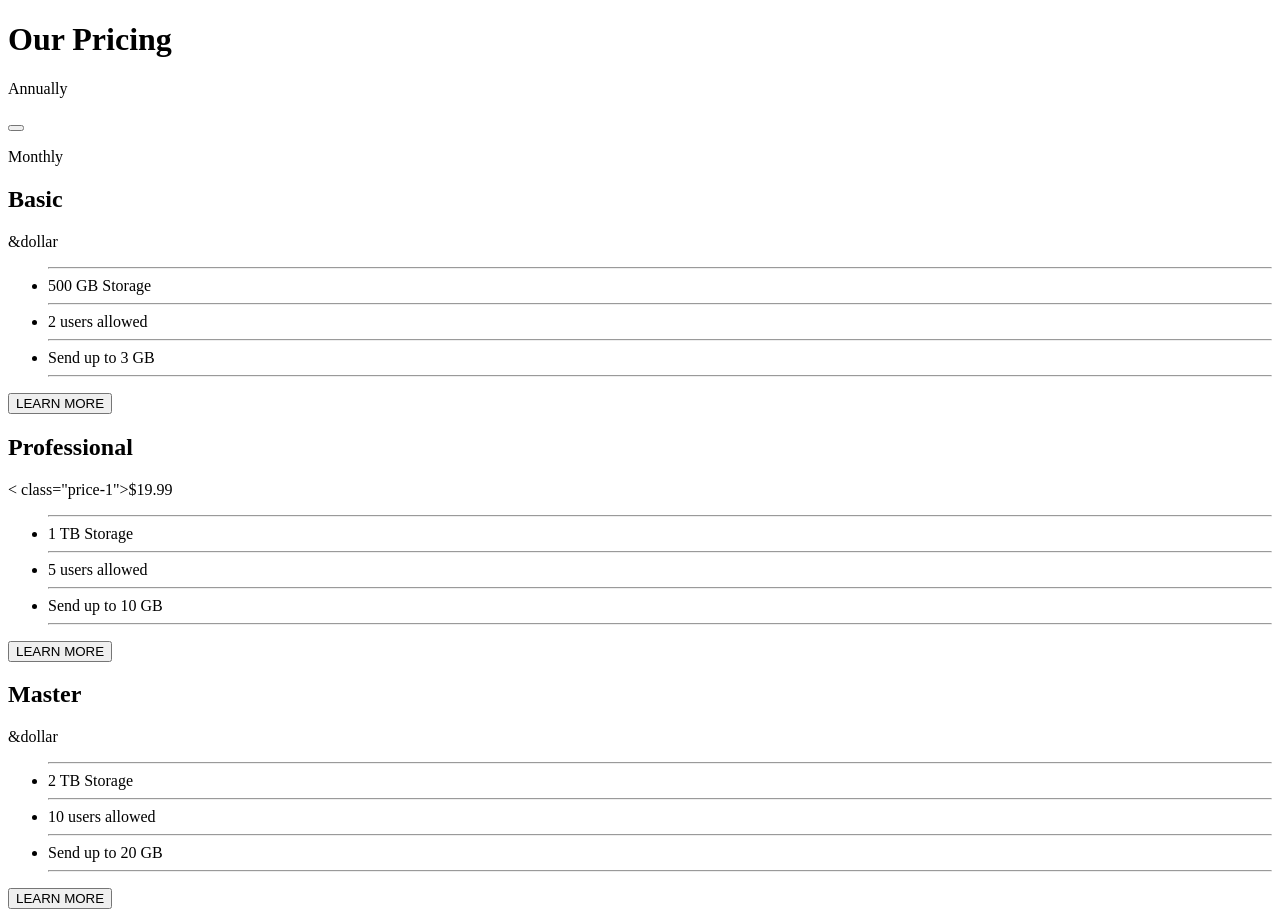
Repository: lah23500/Pricing-App
Page: Price landing page/index.html
The author's editor kept a copy of each file at every save. The page is drawn from the files as they stood at one save, then again after the next save.
The browser window is 1280 px wide. The pictures show the whole page.

Above is the page before, as saved 2024-01-19 14:30:55.

### Price landing page/index.html
<!DOCTYPE html>
<html lang="en">
  <head>
    <meta charset="UTF-8" />
    <meta name="viewport" content="width=device-width, initial-scale=1.0" />
    <title>Pricing Component with Toggle</title>
  </head>

  <body>
    <header>

      <h1>Our Pricing</h1>
      <nav>
        <p>Annually</p>
<button class="toggle-area monthly">
    <div class="toggle-btn"</div>
</button>
        <p>Monthly</p>
      </nav>
    </header>
    <main>
      <section class="pricing-container">
        <!-- Container 1 -->
          <article class="pricing container">
      <h2>Basic</h2>

      <p>&dollar</p>
      <ul>
        <hr />
        <li>500 GB Storage</li>
        <hr />
        <li>2 users allowed</li>
        <hr />
        <li>Send up to 3 GB</li>
        <hr />
      </ul>

      <button>LEARN MORE</button>
          </article>

      <!-- Container 2 -->
          <article class="pricing container">
      <h2>Professional</h2>

      < class="price-1"><span class="dollar-sign">&dollar;</span>19.99</p>
      <ul>
        <hr />
        <li>1 TB Storage</li>
        <hr />
        <li>5 users allowed</li>
        <hr />
        <li>Send up to 10 GB</li>
        <hr />
      </ul>
      <button>LEARN MORE</button>
          </article>

          <!-- Container 3 -->
          <article class="pricing container">
      <h2>Master</h2>

      <p>&dollar</p>
      <ul>
        <hr />
        <li>2 TB Storage</li>
        <hr />
        <li>10 users allowed</li>
        <hr />
        <li>Send up to 20 GB</li>
        <hr />
      </ul>
      <button>LEARN MORE</button>
          </article>
    </main>

    <script src="app.js"></script>
  </body>
</html>

Loaded but not shown: Price landing page/app.js (no stored copy; drawn as an empty file)

After the next save:
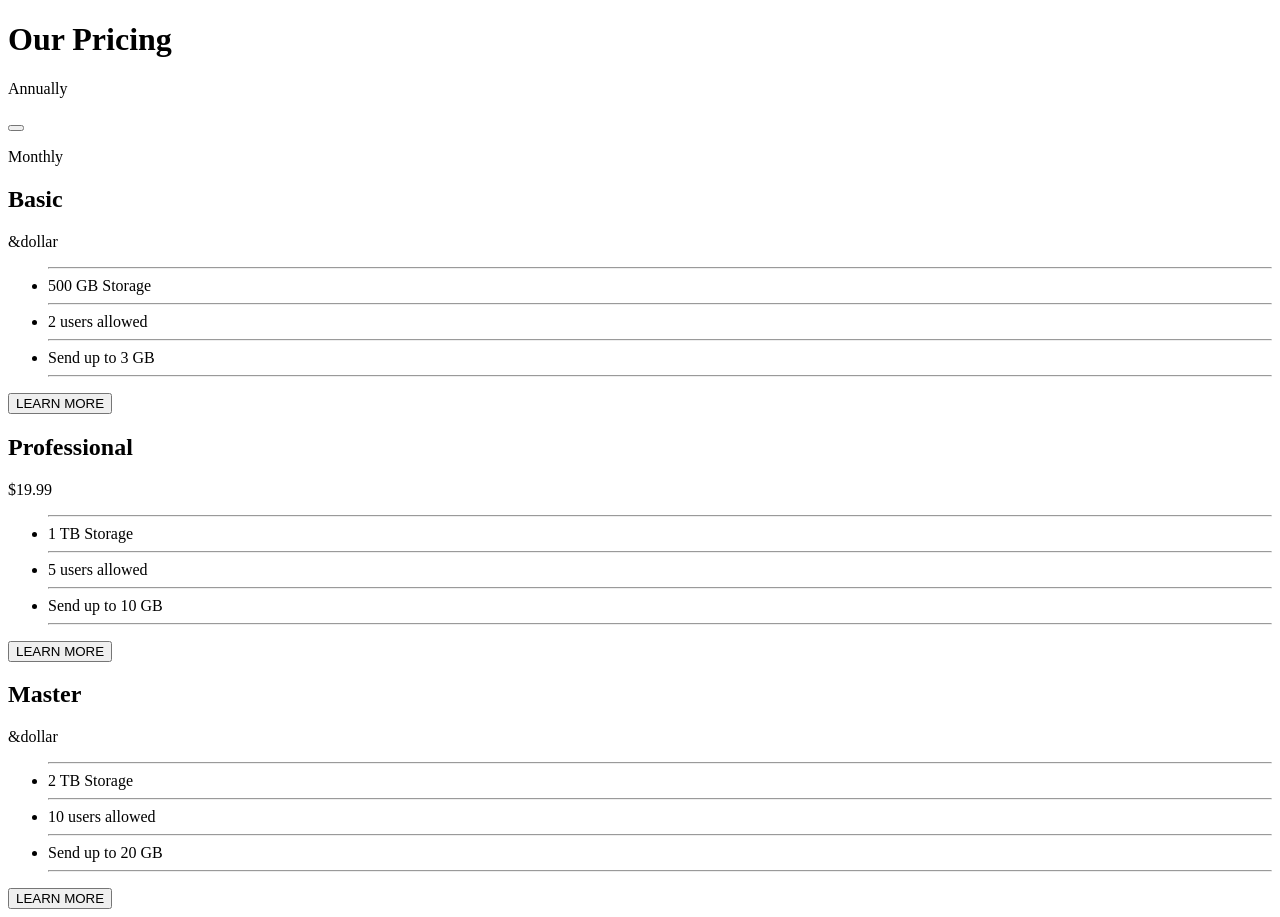
Saved 44 s later.
--- a/Price landing page/index.html
+++ b/Price landing page/index.html
@@ -42,7 +42,7 @@
           <article class="pricing container">
       <h2>Professional</h2>
 
-      < class="price-1"><span class="dollar-sign">&dollar;</span>19.99</p>
+      <p class="price-1"><span class="dollar-sign">&dollar;</span>19.99</p>
       <ul>
         <hr />
         <li>1 TB Storage</li>
